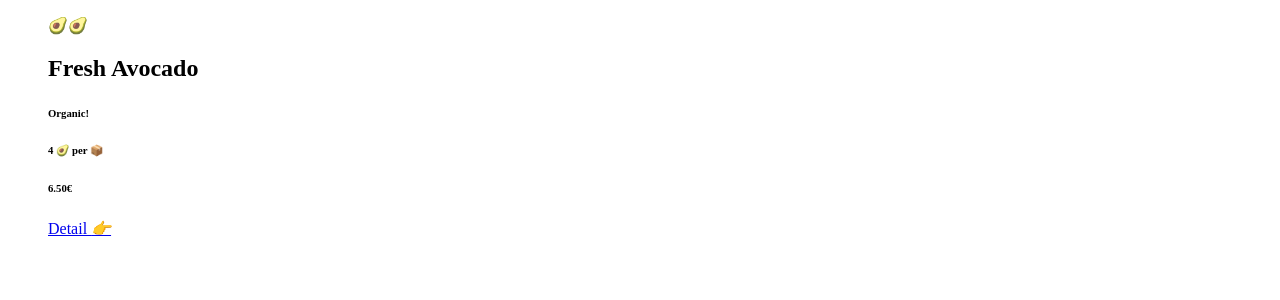
Repository: Tiantian-C/node2
Page: templates/template-card.html
The author's editor kept a copy of each file at every save. The page is drawn from the files as they stood at one save, then again after a run of saves.
The browser window is 1280 px wide. The pictures show the whole page.

Above is the page before, as saved 2023-07-15 15:42:06.

After the next 5 saves:
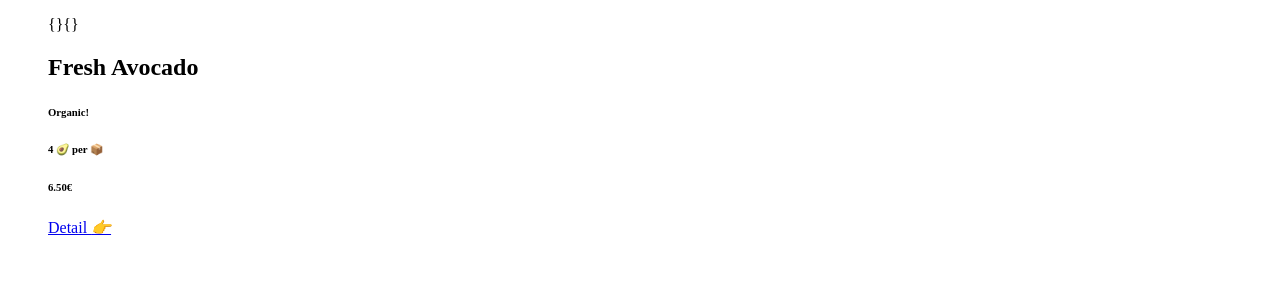
The 5 saves are shown as one change because they came seconds apart.
The last was saved 71 s later.
--- a/templates/template-card.html
+++ b/templates/template-card.html
@@ -1,5 +1,5 @@
 <figure class="card">
-  <div class="card__emoji">🥑🥑</div>
+  <div class="card__emoji">{}{}</div>
 
   <div class="card__title-box">
     <h2 class="card__title">Fresh Avocado</h2>
